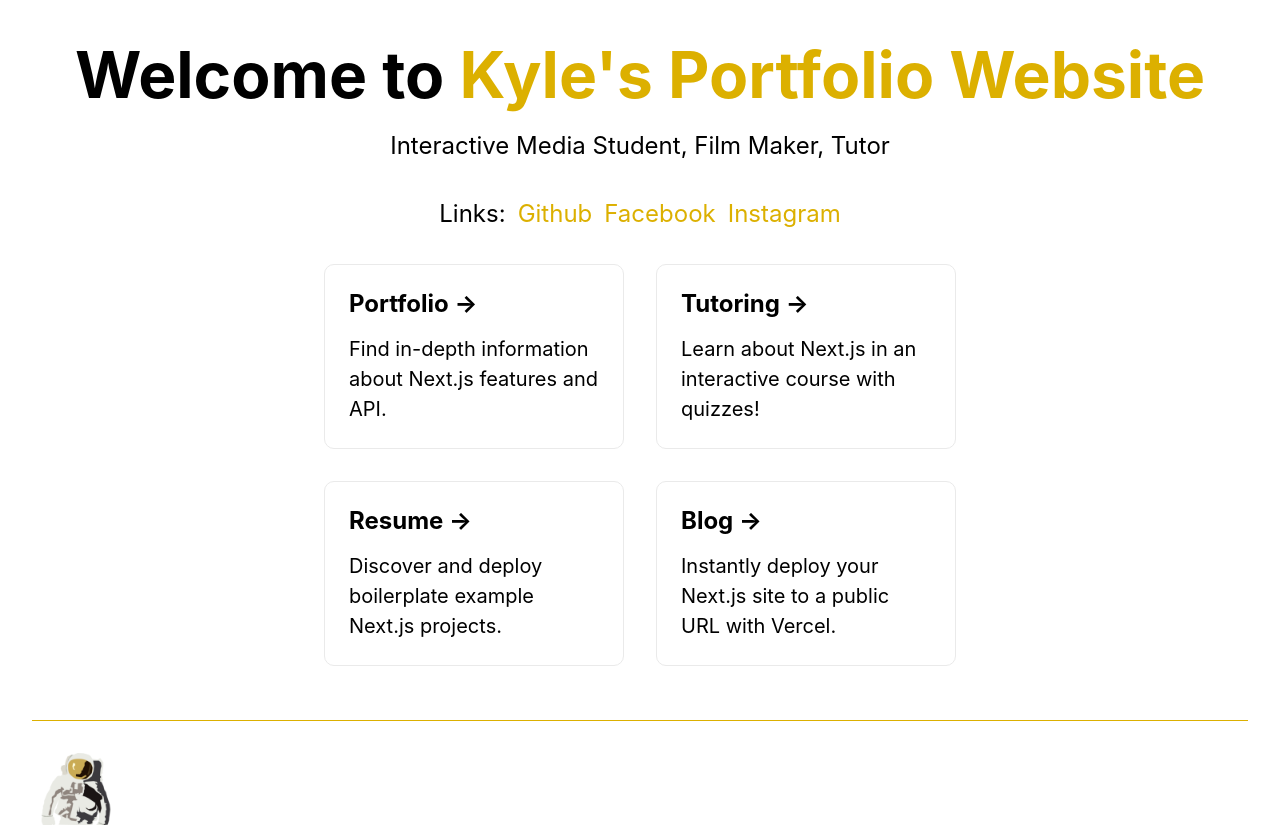
Repository: neomort/CL-portfolio-site
Page: /
An editor plug-in stored every save of this project. The page is shown before and after the next save, followed by the edit.
The browser window is 1280 px wide. The pictures show the whole page.
The project was rebuilt for these pictures with package versions that can differ from the ones it lists, and the page was loaded fresh each time. The framework's server and built-in components were replaced by stand-ins that run in the browser. Also part of the build but not shown: next.config.js.

Above is the page before, as saved 2021-12-14 14:36:32.

### pages/_document.js
import Document, { Html, Head, Main, NextScript } from 'next/document'

class MyDocument extends Document {


  render() {
    return (
      <Html>
        <Head>
        <link rel="apple-touch-icon" sizes="180x180" href="/images/favicons/apple-touch-icon.png" />
        <link rel="icon" type="image/png" sizes="32x32" href="/images/favicons/favicon-32x32.png" />
        <link rel="icon" type="image/png" sizes="16x16" href="/images/favicons/favicon-16x16.png" />
        <link rel="manifest" href="/images/favicons//site.webmanifest" />
        <link rel="mask-icon" href="/safari-pinned-tab.svg" color="#5bbad5" />
        <meta name="msapplication-TileColor" content="#da532c" />
        <meta name="theme-color" content="#ffffff"></meta>
        </Head>

        <body>
          <Main />
          <NextScript />
        </body>
      </Html>
    )
  }
}

export default MyDocument

### pages/index.js
import Head from 'next/head'
import Image from 'next/image'
import styles from '../styles/Home.module.css'

export default function Home() {
  return (
    <div className={styles.container}>
      <Head>
        <title>Kyle's Portfolio</title>
        <meta name="description" content="If you are reading this you are really impressive" />

      </Head>

      <main className={styles.main}>
        <h1 className={styles.title}>
          Welcome to <a href="https://kyleadams.com/">Kyle's Portfolio Website</a>
        </h1>

        <p className={styles.description}>
        Interactive Media Student, Film Maker, Tutor
        </p>

        <p className={styles.description}>
          Links:
          <a href="https://github.com/neomort">Github</a>
          <a href="https://github.com/neomort">Facebook</a>
          <a href="https://github.com/neomort">Instagram</a>
          {/* <code className={styles.code}>this is code</code> */}
        </p>

        <div className={styles.grid}>
          <a href="https://nextjs.org/docs" className={styles.card}>
            <h2>Portfolio &rarr;</h2>
            <p>Find in-depth information about Next.js features and API.</p>
          </a>

          <a href="https://nextjs.org/learn" className={styles.card}>
            <h2>Tutoring &rarr;</h2>
            <p>Learn about Next.js in an interactive course with quizzes!</p>
          </a>

          <a
            href="https://github.com/vercel/next.js/tree/master/examples"
            className={styles.card}
          >
            <h2>Resume &rarr;</h2>
            <p>Discover and deploy boilerplate example Next.js projects.</p>
          </a>

          <a
            href="https://vercel.com/new?utm_source=create-next-app&utm_medium=default-template&utm_campaign=create-next-app"
            className={styles.card}
          >
            <h2>Blog &rarr;</h2>
            <p>
              Instantly deploy your Next.js site to a public URL with Vercel.
            </p>
          </a>
        </div>
      </main>

      <footer className={styles.footer}>
        <a
          href="https://kyleadams.com/"
          target="_blank"
          rel="noopener noreferrer"
        >

          <span className={styles.logo}>
            <Image src="/images/favicons/apple-touch-icon.png" alt="Spaceman" width={72} height={72} />
          </span>
        </a>
      </footer>
    </div>
  )
}

### styles/Home.module.css
.container {
  padding: 0 2rem;
}

.main {
  min-height: 100vh;
  padding: 2rem 0;
  flex: 1;
  display: flex;
  flex-direction: column;
  justify-content: center;
  align-items: center;
}

.footer {
  display: flex;
  flex: 1;
  padding: 2rem 0;
  border-top: 1px solid #dcb000;
  justify-content: left;
  align-items: center;
}

.footer a {
  display: flex;
  justify-content: left;
  align-items: center;
  flex-grow: 1;
}

.title a {
  color: #dcb000;
  text-decoration: none;
}

.title a:hover,
.title a:focus,
.title a:active {
  text-decoration: underline;
}

.title {
  margin: 0;
  line-height: 1.15;
  font-size: 4rem;
}

.title,
.description {
  text-align: center;
}

.description {
  margin: 1rem 0;
  line-height: 1.5;
  font-size: 1.5rem;
}

.description a{
  padding-left: 0.75rem;
  color: #dcb000;
  text-decoration: none;
}

.code {
  background: #fafafa;
  border-radius: 5px;
  padding: 0.75rem;
  font-size: 1.1rem;
  font-family: Menlo, Monaco, Lucida Console, Liberation Mono, DejaVu Sans Mono,
    Bitstream Vera Sans Mono, Courier New, monospace;
}

.grid {
  display: flex;
  align-items: center;
  justify-content: center;
  flex-wrap: wrap;
  max-width: 800px;
}

.card {
  margin: 1rem;
  padding: 1.5rem;
  text-align: left;
  color: inherit;
  text-decoration: none;
  border: 1px solid #eaeaea;
  border-radius: 10px;
  transition: color 0.15s ease, border-color 0.15s ease;
  max-width: 300px;
}

.card:hover,
.card:focus,
.card:active {
  color: #0070f3;
  border-color: #0070f3;
}

.card h2 {
  margin: 0 0 1rem 0;
  font-size: 1.5rem;
}

.card p {
  margin: 0;
  font-size: 1.25rem;
  line-height: 1.5;
}

.logo {
  height: 1em;
  margin-left: 0.5rem;
}

@media (max-width: 600px) {
  .grid {
    width: 100%;
    flex-direction: column;
  }
}

Loaded but not shown: pages/_app.js (common file); styles/globals.css (common file)

After the next save:
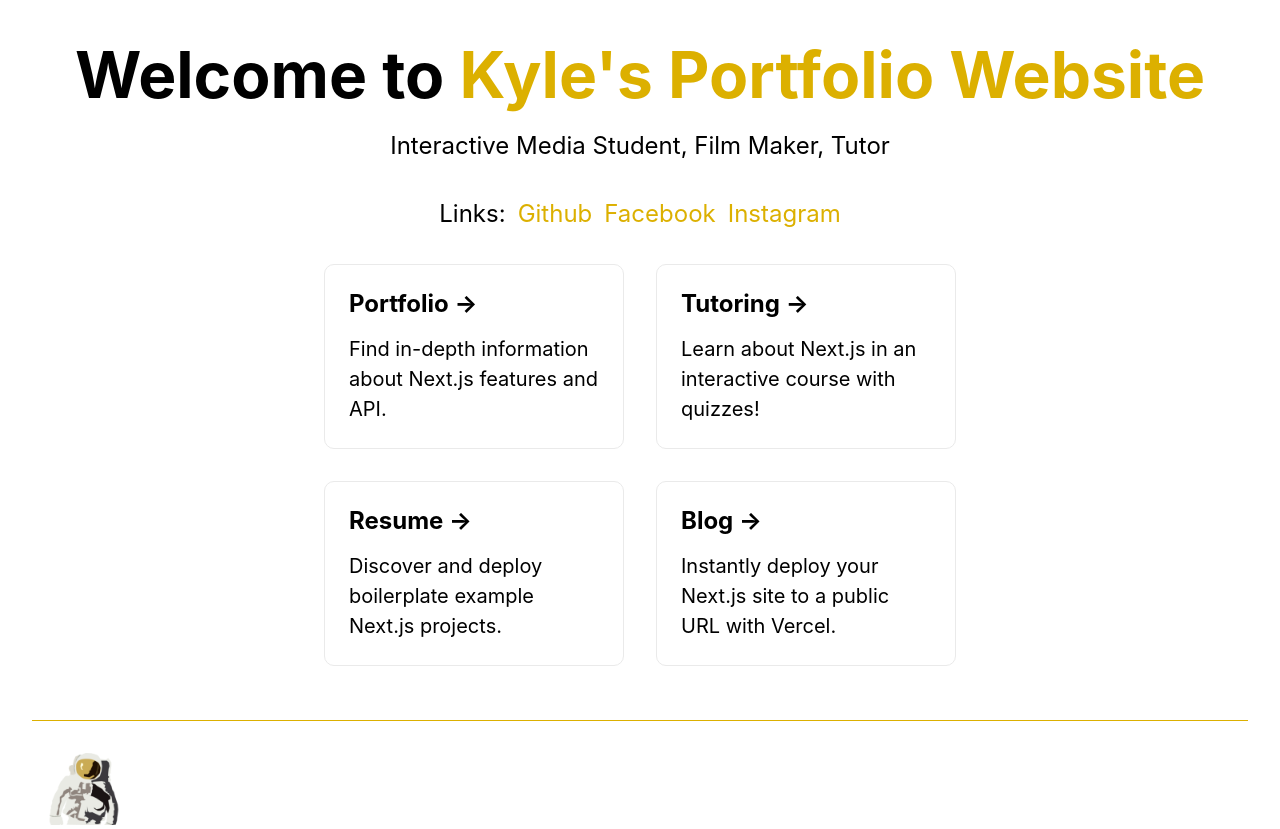
Saved 39 s later.
--- a/styles/Home.module.css
+++ b/styles/Home.module.css
@@ -110,8 +110,8 @@
 }
 
 .logo {
-  height: 1em;
-  margin-left: 0.5rem;
+  height: 2em;
+  margin-left: 1rem;
 }
 
 @media (max-width: 600px) {
